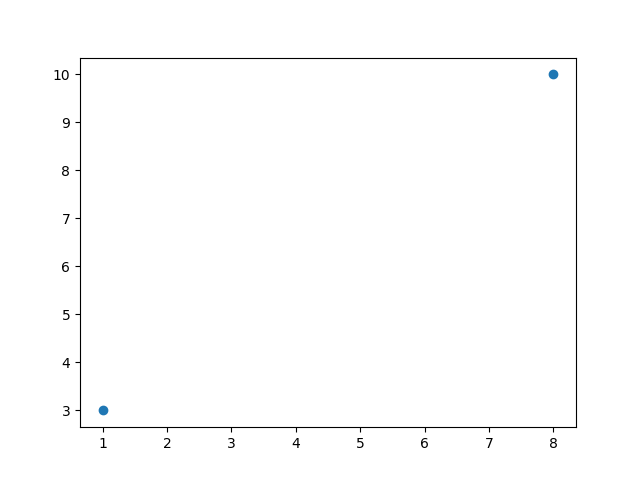
Repository: rupeshkofficial/Python-Code
Script's output: python MATPLOTLIB/4_matplotlibpyplot.py
The author's editor kept a copy of each file at every save. The script's output is drawn from the files as they stood at one save, then again after a run of saves.
Random numbers start from a fixed seed.

Above is the script's output before, as saved 2024-05-22 13:31:47.

After the next 6 saves:
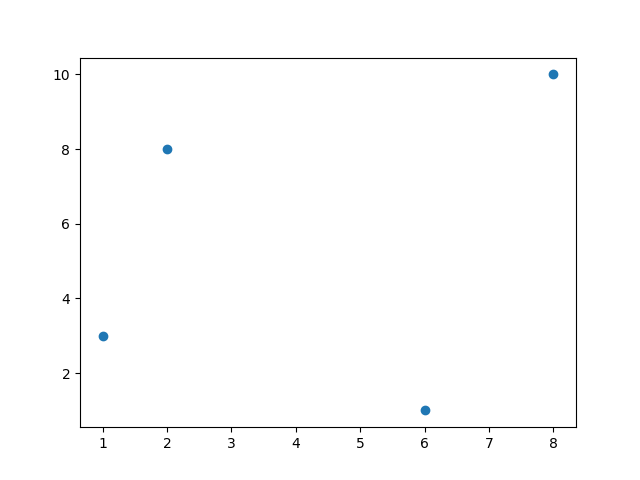
The 6 saves are shown as one change because 1 did not build or start and some came seconds apart.
The last was saved 20 s later.
--- a/MATPLOTLIB/4_matplotlibpyplot.py
+++ b/MATPLOTLIB/4_matplotlibpyplot.py
@@ -1,7 +1,7 @@
 import matplotlib.pyplot as plt
 import numpy as np
 
-xpoints = np.array([1,8])
-ypoints = np.array([3,10])
+xpoints = np.array([1,2,6,8])
+ypoints = np.array([3,8,1,10])
 plt.plot(xpoints,ypoints, 'o')
 plt.show()
